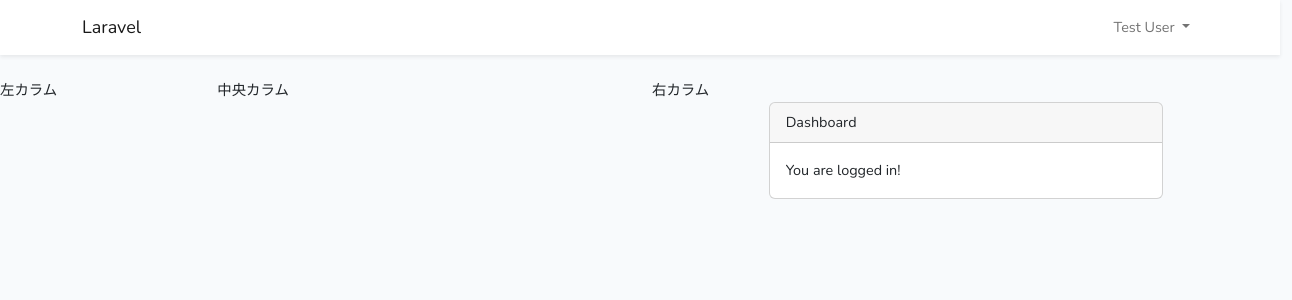
Repository: OkunoTaichi/laravel-simple-memo
Page: http://localhost/home
These files come from the project's save history. The page is drawn as it stood at one moment and after the next save; the edit follows.
The browser window is 1280 px wide. The page is 1292 px wide, so the pictures cover 1292 px, including what lies to the right of the window. The pictures show the whole page.
The page is served by the project's Laravel application, run on PHP 8.4 with Laravel 8. A made-up administrator, Test User (test@example.com), is signed in. Other server files are loaded and not shown. Queries for data that is not in the repository find no rows.

Above is the page before, as saved 2022-11-09 18:18:47.

### app/Providers/AppServiceProvider.php
<?php

namespace App\Providers;

use Illuminate\Support\ServiceProvider;
use App\Models\Memo;

class AppServiceProvider extends ServiceProvider
{
    /**
     * Register any application services.
     *
     * @return void
     */
    public function register()
    {
        //
    }

    /**
     * Bootstrap any application services.
     *
     * @return void
     */
    public function boot()
    {
        // 全てのメソッドが呼ばれる前より先に呼ばれるメソッド
        view()->composer('*' , function($view){
            $memos = Memo::select('memos.*')
                ->where('user_id', '=' , \Auth::id())//ユーザーIDとログインしているIDが同じもので
                ->whereNull('deleted_at')//デリートの履歴がないもので
                ->orderBy('updated_at', 'DESC')//アップデートされた日時が新しいものから
                ->get();// DBに架空のデータを作成し、上記の項目が正しくできているか確認する。

            $view->with('memos', $memos);
        });

    }
}

### resources/views/layouts/app.blade.php
<!doctype html>
<html lang="{{ str_replace('_', '-', app()->getLocale()) }}">
<head>
    <meta charset="utf-8">
    <meta name="viewport" content="width=device-width, initial-scale=1">

    <!-- CSRF Token -->
    <meta name="csrf-token" content="{{ csrf_token() }}">

    <title>{{ config('app.name', 'Laravel') }}</title>

    <!-- Scripts -->
    <script src="{{ asset('js/app.js') }}" defer></script>

    <!-- Fonts -->
    <link rel="dns-prefetch" href="//fonts.gstatic.com">
    <link href="https://fonts.googleapis.com/css?family=Nunito" rel="stylesheet">

    <!-- Styles -->
    <link href="{{ asset('css/app.css') }}" rel="stylesheet">
</head>
<body>
    <div id="app">
        <nav class="navbar navbar-expand-md navbar-light bg-white shadow-sm">
            <div class="container">
                <a class="navbar-brand" href="{{ url('/') }}">
                    {{ config('app.name', 'Laravel') }}
                </a>
                <button class="navbar-toggler" type="button" data-bs-toggle="collapse" data-bs-target="#navbarSupportedContent" aria-controls="navbarSupportedContent" aria-expanded="false" aria-label="{{ __('Toggle navigation') }}">
                    <span class="navbar-toggler-icon"></span>
                </button>

                <div class="collapse navbar-collapse" id="navbarSupportedContent">
                    <!-- Left Side Of Navbar -->
                    <ul class="navbar-nav me-auto">

                    </ul>

                    <!-- Right Side Of Navbar -->
                    <ul class="navbar-nav ms-auto">
                        <!-- Authentication Links -->
                        @guest
                            @if (Route::has('login'))
                                <li class="nav-item">
                                    <a class="nav-link" href="{{ route('login') }}">{{ __('Login') }}</a>
                                </li>
                            @endif

                            @if (Route::has('register'))
                                <li class="nav-item">
                                    <a class="nav-link" href="{{ route('register') }}">{{ __('Register') }}</a>
                                </li>
                            @endif
                        @else
                            <li class="nav-item dropdown">
                                <a id="navbarDropdown" class="nav-link dropdown-toggle" href="#" role="button" data-bs-toggle="dropdown" aria-haspopup="true" aria-expanded="false" v-pre>
                                    {{ Auth::user()->name }}
                                </a>

                                <div class="dropdown-menu dropdown-menu-end" aria-labelledby="navbarDropdown">
                                    <a class="dropdown-item" href="{{ route('logout') }}"
                                       onclick="event.preventDefault();
                                                     document.getElementById('logout-form').submit();">
                                        {{ __('Logout') }}
                                    </a>

                                    <form id="logout-form" action="{{ route('logout') }}" method="POST" class="d-none">
                                        @csrf
                                    </form>
                                </div>
                            </li>
                        @endguest
                    </ul>
                </div>
            </div>
        </nav>

        <!-- 3カラムに変更 -->
        <main class="py-4">
            <div class="row">
                <div class="col-md-2">左カラム</div>
                <div class="col-md-4">中央カラム</div>
                <div class="col-md-6">
                    右カラム
                    @yield('content')
                </div>
            </div>
        </main>
    </div>
</body>
</html>

Loaded but not shown: routes/web.php (common file); app/Http/Controllers/Auth/ConfirmPasswordController.php (common file); app/Http/Controllers/Controller.php (common file); app/Models/User.php (common file); app/Http/Controllers/HomeController.php (common file); app/Models/Memo.php (common file); resources/views/home.blade.php (common file); public/css/app.css (library)

After the next save:
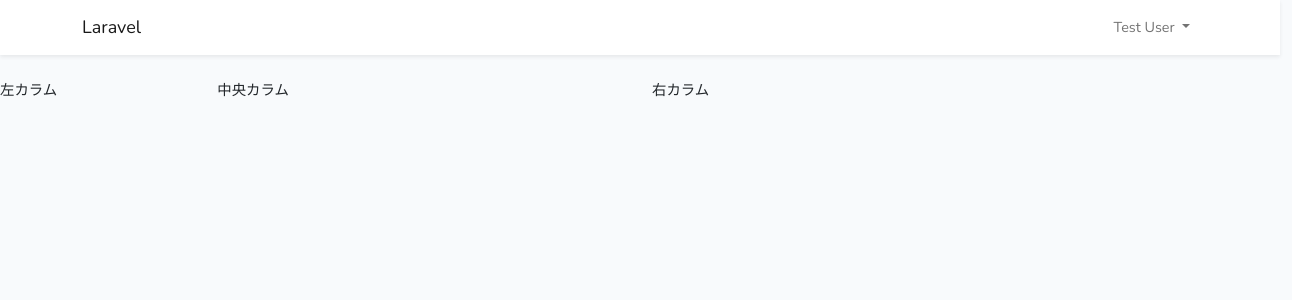
Saved 43 s later.
--- a/resources/views/layouts/app.blade.php
+++ b/resources/views/layouts/app.blade.php
@@ -82,7 +82,7 @@
                 <div class="col-md-4">中央カラム</div>
                 <div class="col-md-6">
                     右カラム
-                    @yield('content')
+                    <!-- @yield('content') -->
                 </div>
             </div>
         </main>

After the save that followed:
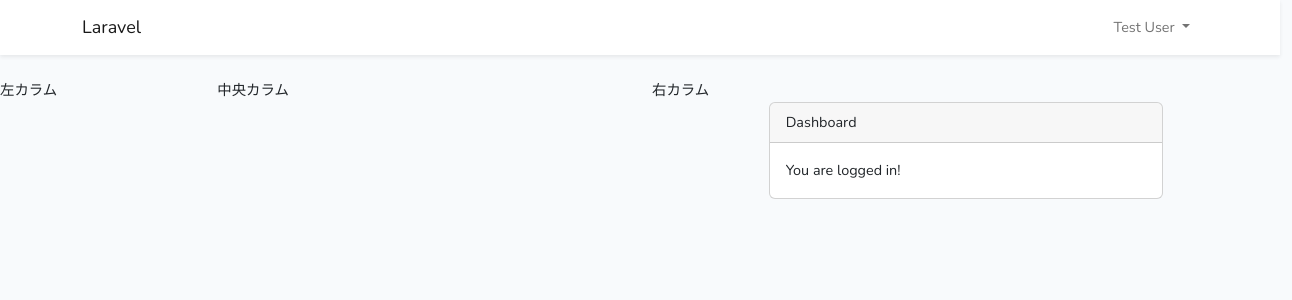
Saved 6 s later.
--- a/resources/views/layouts/app.blade.php
+++ b/resources/views/layouts/app.blade.php
@@ -82,7 +82,7 @@
                 <div class="col-md-4">中央カラム</div>
                 <div class="col-md-6">
                     右カラム
-                    <!-- @yield('content') -->
+                    @yield('content')
                 </div>
             </div>
         </main>
